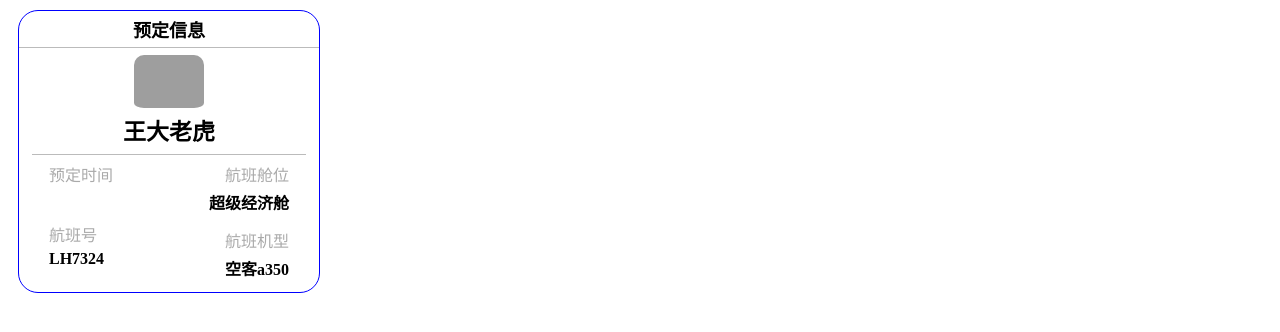
Repository: xzm1997/react-learning
Page: /
An editor plug-in stored every save of this project. The page is shown before and after the next save, followed by the edit.
The browser window is 1280 px wide. The pictures show the whole page.
Pictures or frames that could not be fetched are drawn as grey boxes. The project was rebuilt for these pictures with package versions that can differ from the ones it lists, and the page was loaded fresh each time. Also part of the build but not shown: src/index.css.

Above is the page before, as saved 2023-02-11 10:05:12.

After the next save:
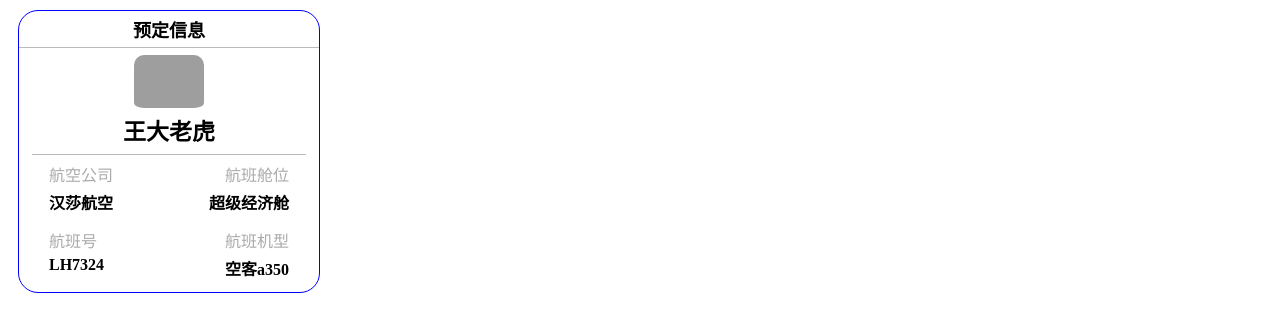
Saved 1 s later.
--- a/src/component/BookInfo.js
+++ b/src/component/BookInfo.js
@@ -34,8 +34,8 @@ export default function BookInfo(props) {
       <UserInfo userName={props.userName} />
       <div className='infoDisplay'>
         <div className='infoItem leftSide'>
-          {/* <InfoShow title='航空公司' content={props.ticketInfo.airline}/> */}
-          <InfoShow title='预定时间'/>
+          <InfoShow title='航空公司' content={props.ticketInfo.airline}/>
+          {/* <InfoShow title='预定时间'/> */}
           <InfoShow title='航班号' content={props.ticketInfo.flightNum}/>
         </div>
         <div className='infoItem rightSide'>
